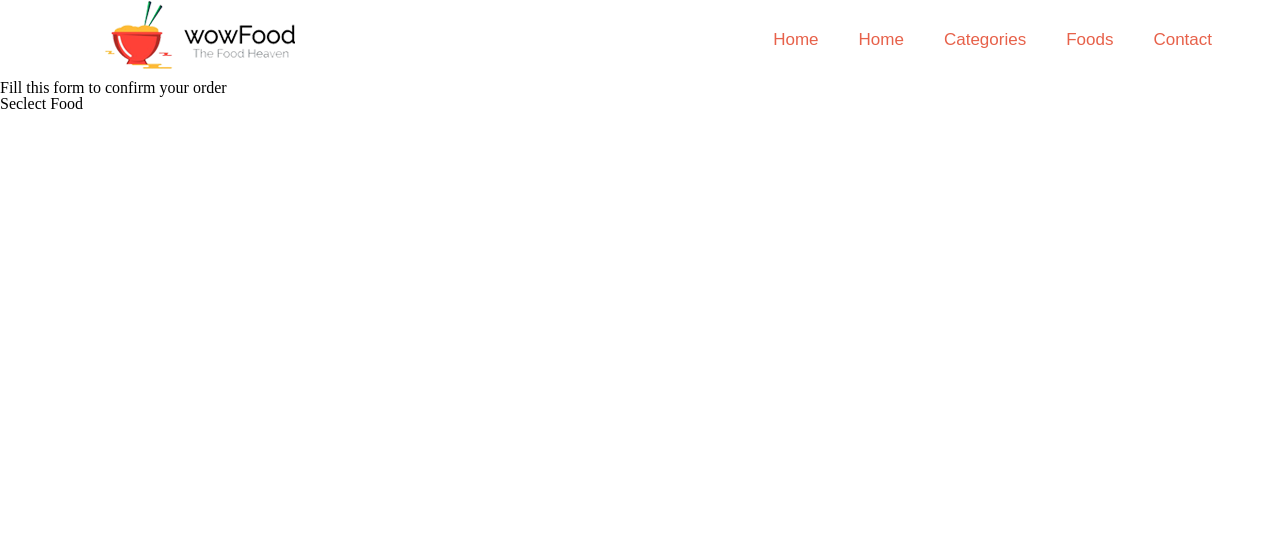
Repository: ruaruababa/WowFood
Page: order.html
The author's editor kept a copy of each file at every save. The page is drawn from the files as they stood at one save, then again after a run of saves.
The browser window is 1280 px wide. The pictures show the whole page.

Above is the page before, as saved 2021-09-19 21:40:42.

After the next 5 saves:
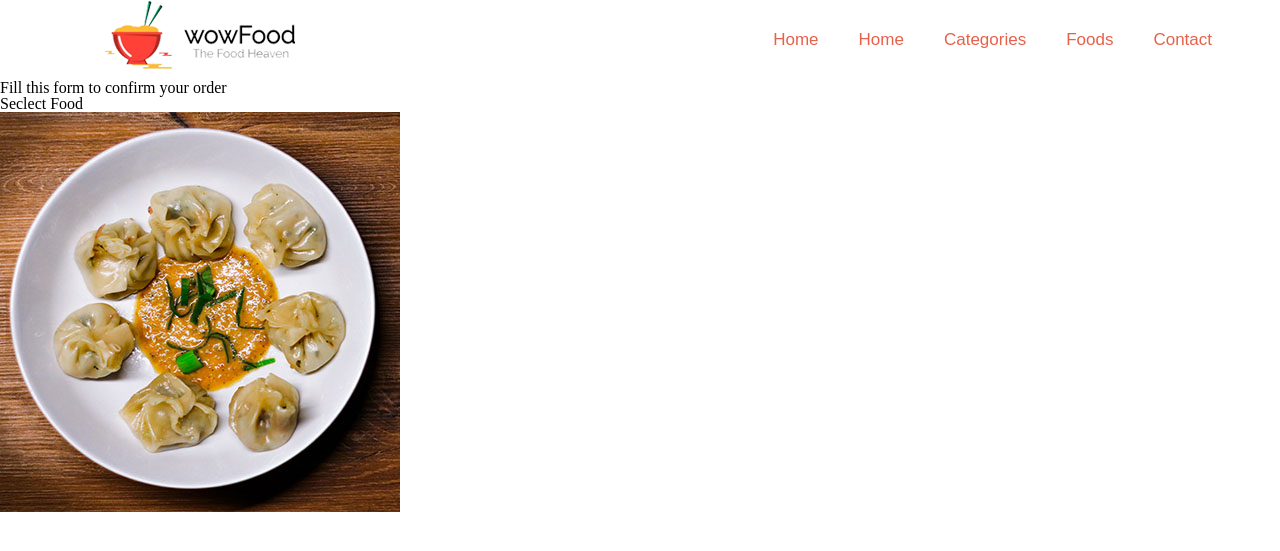
The 5 saves are shown as one change because they came seconds apart.
The last was saved 16 s later.
--- a/order.html
+++ b/order.html
@@ -32,8 +32,9 @@
                 <label for="" class="seclect">Seclect Food</label>
                 <div class="container-seclect-food">
                     <div class="img-food">
-
+                        <img src="./img/menu-momo.jpg" alt="" class="bgr-item" />
                     </div>
+                    <div class="content-food"></div>
                 </div>
             </form>
         </div>
